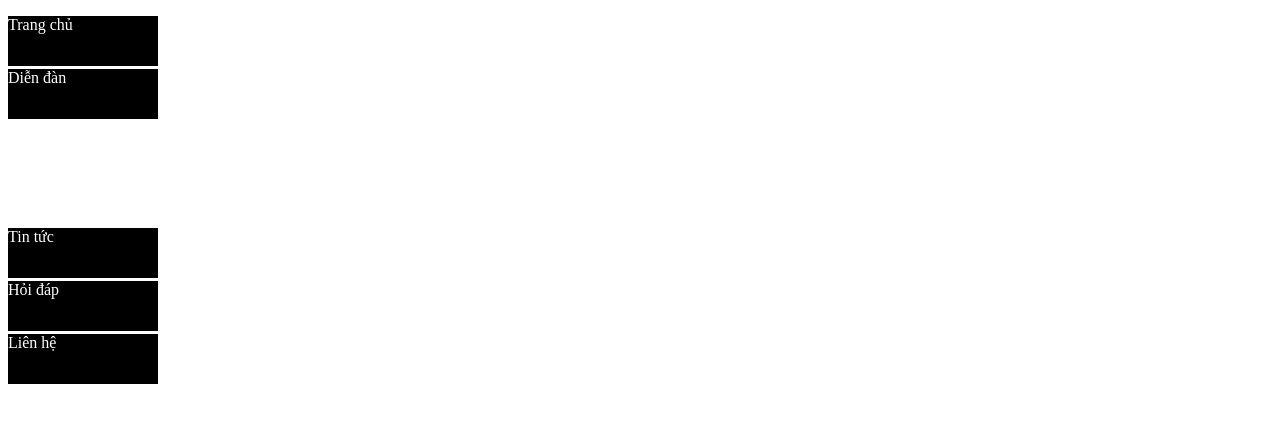
Repository: Tan-Khang21/TH_TKW--Buoi_08
Page: Bai_Tap_Tren_Lop/Bai_02/Bai_02.html
These files come from the project's save history. The page is drawn as it stood at one moment and after the next save; the edit follows.
The browser window is 1280 px wide. The pictures show the whole page.

Above is the page before, as saved 2024-03-12 21:00:58.

### Bai_Tap_Tren_Lop/Bai_02/Bai_02.html
<!DOCTYPE html>
<html lang="en">
  <head>
    <meta charset="UTF-8" />
    <meta name="viewport" content="width=device-width, initial-scale=1.0" />
    <title>Document</title>
    <link rel="stylesheet" href="style.css" />
  </head>
  <body>
    <ul type="none" class="list1">
      <li class="list1_item">Trang chủ</li>
      <div
        style="display: flex; align-items: first baseline; position: relative"
      >
        <li class="list1_item">Diễn đàn</li>
        <ul type="none" class="list2">
          <li class="list2_item">Sinh viên Hufi</li>
          <div style="display: flex; align-items: first baseline">
            <li class="list2_item">Sinh viên CNTT</li>
            <ul type="none" class="list3">
              <li class="list3_item">Khóa 09DHTH</li>
              <li class="list3_item">Khóa 10DHTH</li>
            </ul>
          </div>
        </ul>
      </div>
      <div
        style="display: flex; align-items: first baseline; position: relative"
      >
        <li
          style="display: flex; align-items: first baseline"
          class="list1_item"
        >
          Tin tức
        </li>
        <ul
          type="none"
          class="list2"
          style="position: absolute; transform: translateX(150px)"
        >
          <li class="list2_item">Học vụ</li>
          <li class="list2_item">Điểm rèn luyện</li>
          <li class="list2_item">Đoàn thể</li>
          <li class="list2_item">Sinh hoạt ngoại khóa</li>
        </ul>
      </div>
      <li class="list1_item">Hỏi đáp</li>
      <li class="list1_item">Liên hệ</li>
    </ul>
  </body>
</html>

### Bai_Tap_Tren_Lop/Bai_02/style.css
ul {
  padding: 0;
}

.list1_item {
  width: 150px;
  height: 50px;
  background-color: black;
  color: white;
  border-bottom: 3px solid #fff;
  transition: 0.5s linear; /* Sửa đổi đơn vị thời gian */
}

.list1_item:hover {
  background-color: #454545;
}

.list2_item,
.list3_item {
  width: 150px;
  height: 50px;
  background-color: #808080;
  color: white;
  transition: 0.5s linear; /* Sửa đổi đơn vị thời gian */
  visibility: hidden;
  border-bottom: 3px solid #fff;
}

.list1_item:hover + ul .list2_item,
.list2_item:hover + ul .list3_item {
  visibility: visible;
}

After the next save:
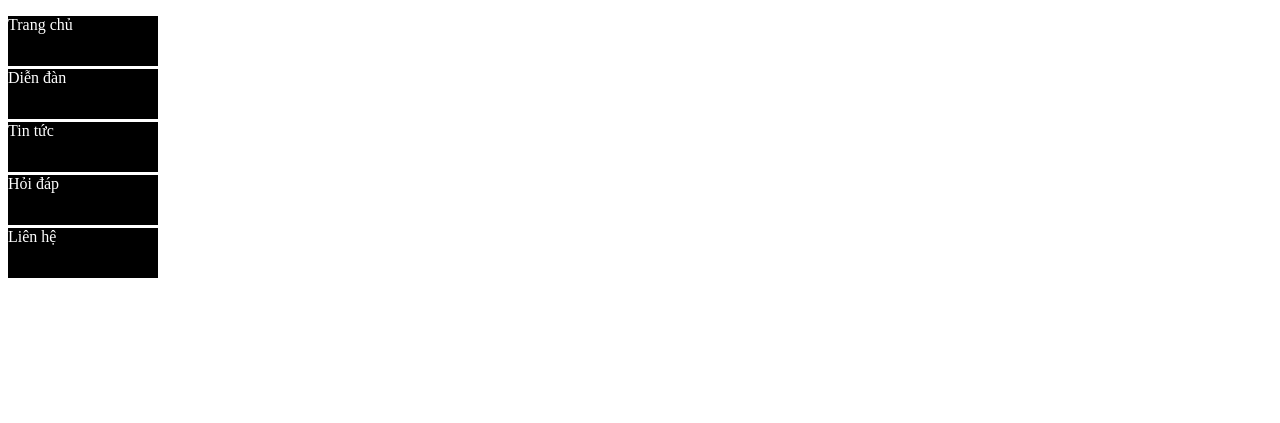
Saved 35 s later.
--- a/Bai_Tap_Tren_Lop/Bai_02/Bai_02.html
+++ b/Bai_Tap_Tren_Lop/Bai_02/Bai_02.html
@@ -13,7 +13,11 @@
         style="display: flex; align-items: first baseline; position: relative"
       >
         <li class="list1_item">Diễn đàn</li>
-        <ul type="none" class="list2">
+        <ul
+          type="none"
+          class="list2"
+          style="position: absolute; transform: translateX(150px)"
+        >
           <li class="list2_item">Sinh viên Hufi</li>
           <div style="display: flex; align-items: first baseline">
             <li class="list2_item">Sinh viên CNTT</li>
